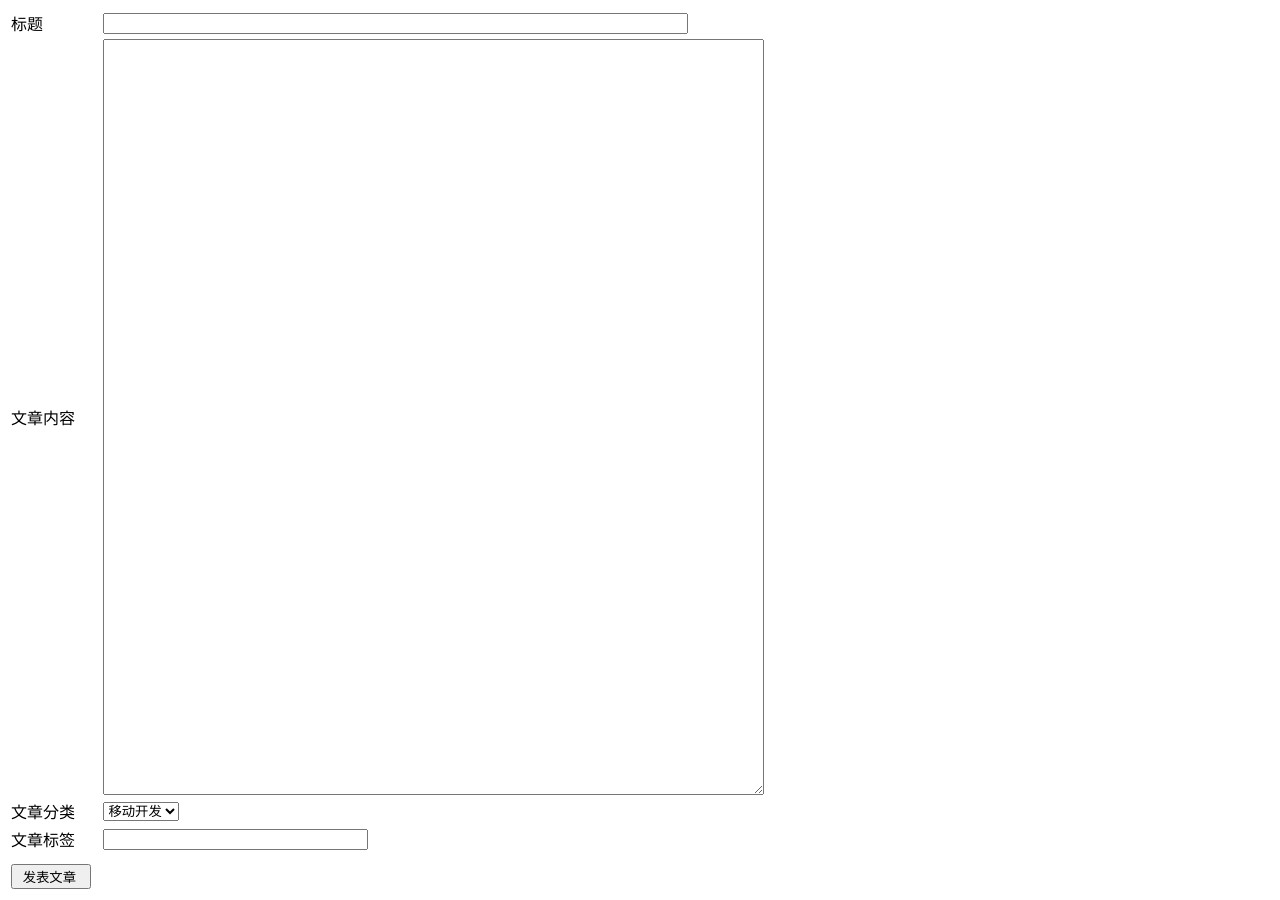
Repository: tangqingyun/java
Page: http://localhost/tamny_blog/postedit.jsp
These files come from the project's save history. The page is drawn as it stood at one moment and after the next save; the edit follows.
The browser window is 1280 px wide. The pictures show the whole page.
The page is served by Tomcat 9. Nobody is signed in. The application's start-up code is not run.

Above is the page before, as saved 2015-01-21 09:53:07.

After the next save:
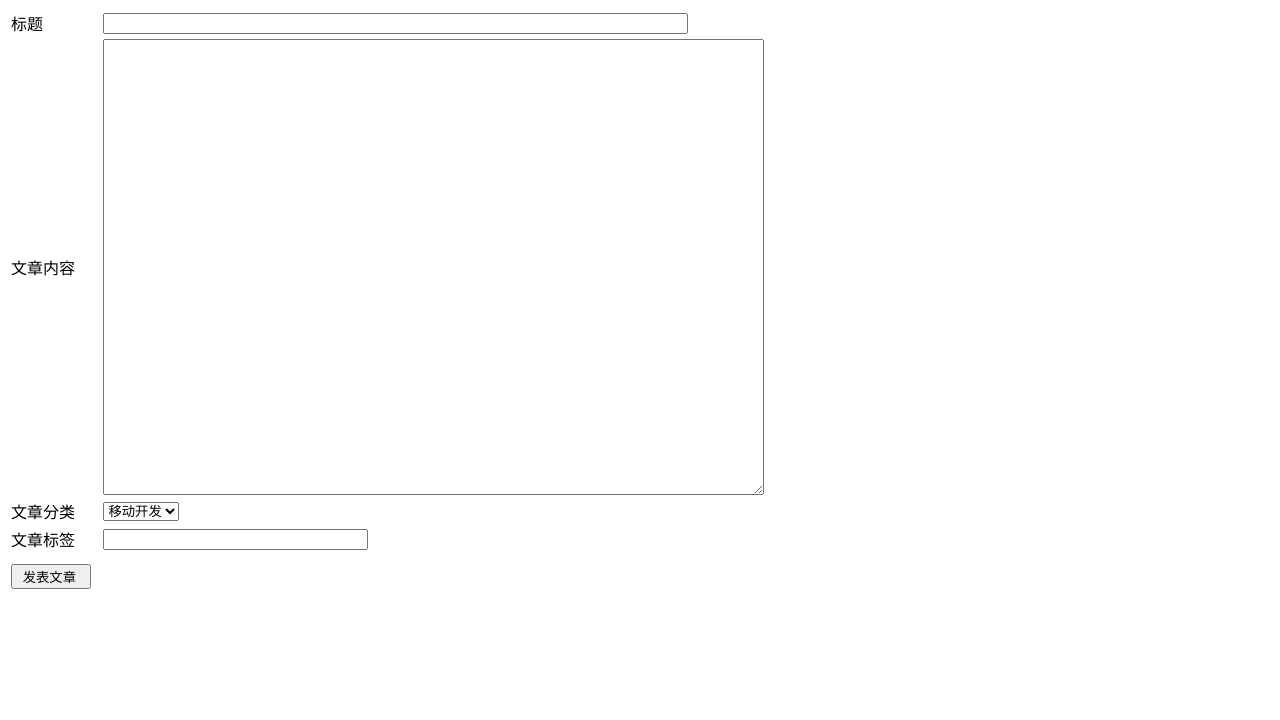
Saved 5 s later.
--- a/tamny_blog/WebContent/postedit.jsp
+++ b/tamny_blog/WebContent/postedit.jsp
@@ -17,7 +17,7 @@
 			</tr>
 			<tr>
 				<td>文章内容</td>
-				<td><textarea name="user.nickname" cols="80" rows="50"></textarea></td>
+				<td><textarea name="user.nickname" cols="80" rows="30"></textarea></td>
 			</tr>
 			<tr>
 				<td>文章分类</td>
